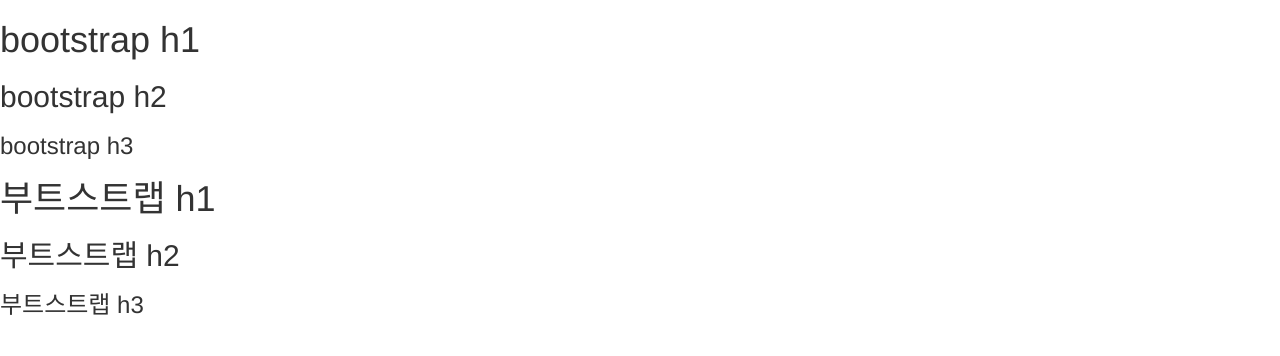
Repository: RYE415/4.jsp
Page: BootstrapTest/src/main/webapp/2.font/font.html
The author's editor kept a copy of each file at every save. The page is drawn from the files as they stood at one save, then again after the next save.
The browser window is 1280 px wide. The pictures show the whole page.
Some web libraries are served in a nearby version.

Above is the page before, as saved 2022-08-08 05:08:22.

After the next save:
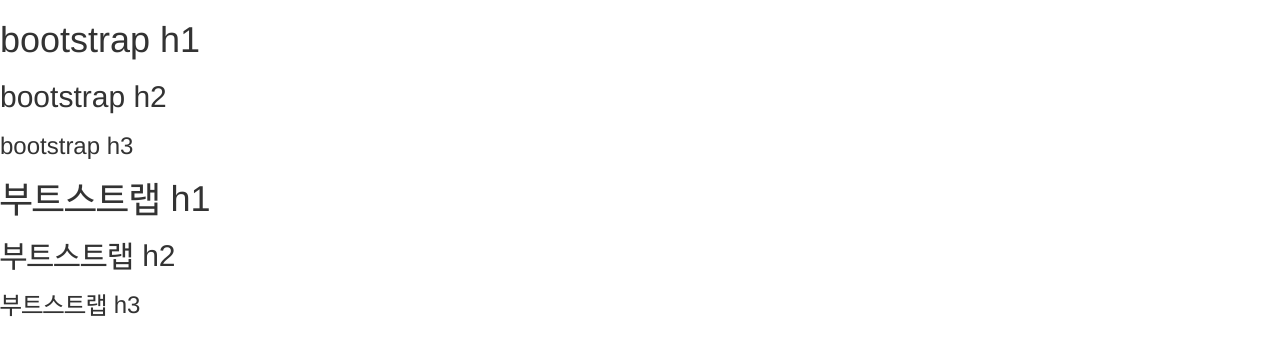
Saved 11 min 22 s later.
--- a/BootstrapTest/src/main/webapp/2.font/font.html
+++ b/BootstrapTest/src/main/webapp/2.font/font.html
@@ -9,6 +9,7 @@
 
     <!-- 부트스트랩 -->
     <link href="../css/bootstrap.min.css" rel="stylesheet">
+    <link href="../css/custom2.css" rel="stylesheet">
 
     <!-- IE8 에서 HTML5 요소와 미디어 쿼리를 위한 HTML5 shim 와 Respond.js -->
     <!-- WARNING: Respond.js 는 당신이 file:// 을 통해 페이지를 볼 때는 동작하지 않습니다. -->

After the save that followed:
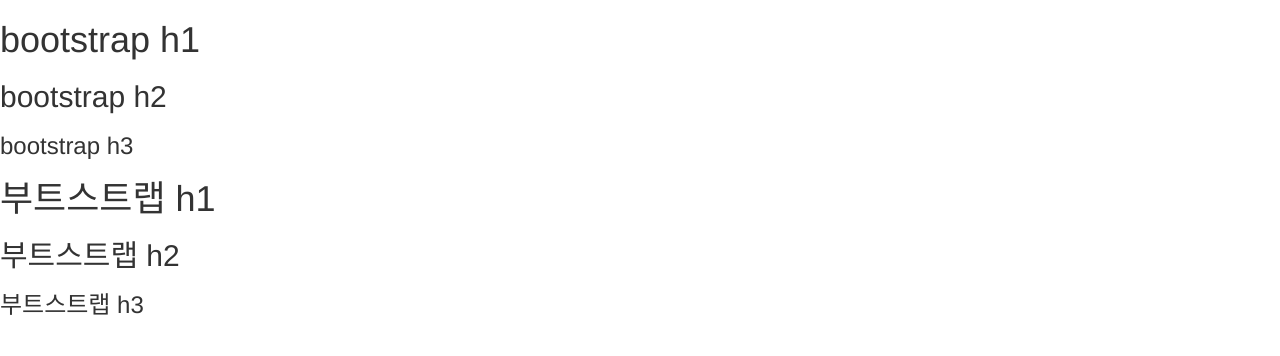
Saved 4 min 44 s later.
--- a/BootstrapTest/src/main/webapp/2.font/font.html
+++ b/BootstrapTest/src/main/webapp/2.font/font.html
@@ -9,7 +9,11 @@
 
     <!-- 부트스트랩 -->
     <link href="../css/bootstrap.min.css" rel="stylesheet">
-    <link href="../css/custom2.css" rel="stylesheet">
+    <!-- <link href="../css/custom2.css" rel="stylesheet"> -->
+    <style>
+    body { font-family: "Helvetica Neue", Helvetica, Arial,"궁서체",  sans-serif; }
+
+    </style>
 
     <!-- IE8 에서 HTML5 요소와 미디어 쿼리를 위한 HTML5 shim 와 Respond.js -->
     <!-- WARNING: Respond.js 는 당신이 file:// 을 통해 페이지를 볼 때는 동작하지 않습니다. -->
